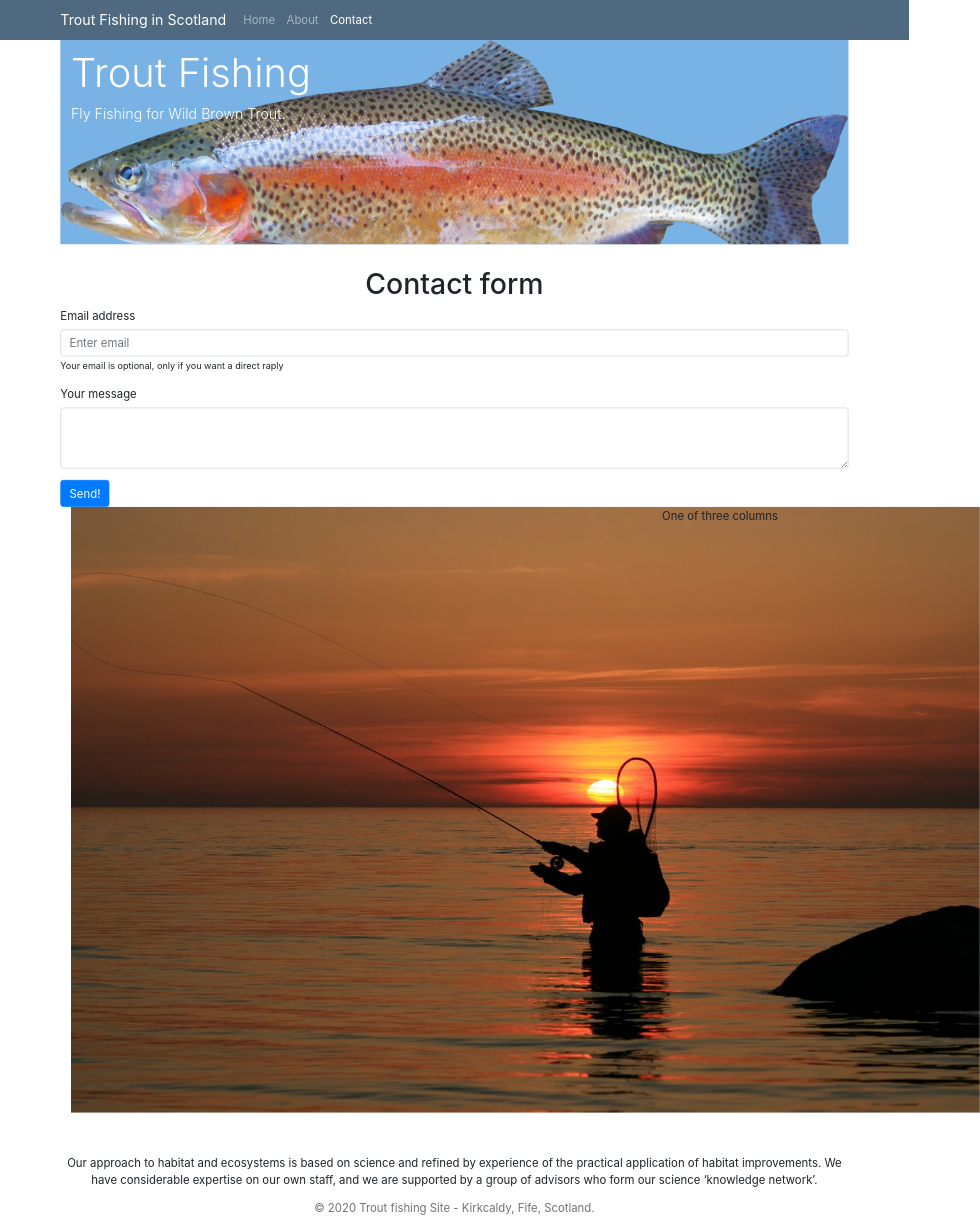
Repository: adrian9211/College_project
Page: contact.html
These files come from the project's save history. The page is drawn as it stood at one moment and after the next save; the edit follows.
The browser window is 1280 px wide. The page is 1380 px wide, then 1280 px, so the pictures cover 1380 px, including what lies to the right of the window. The pictures show the whole page, at 71% of full size.

Above is the page before, as saved 2020-11-04 09:35:37.

After the next save:
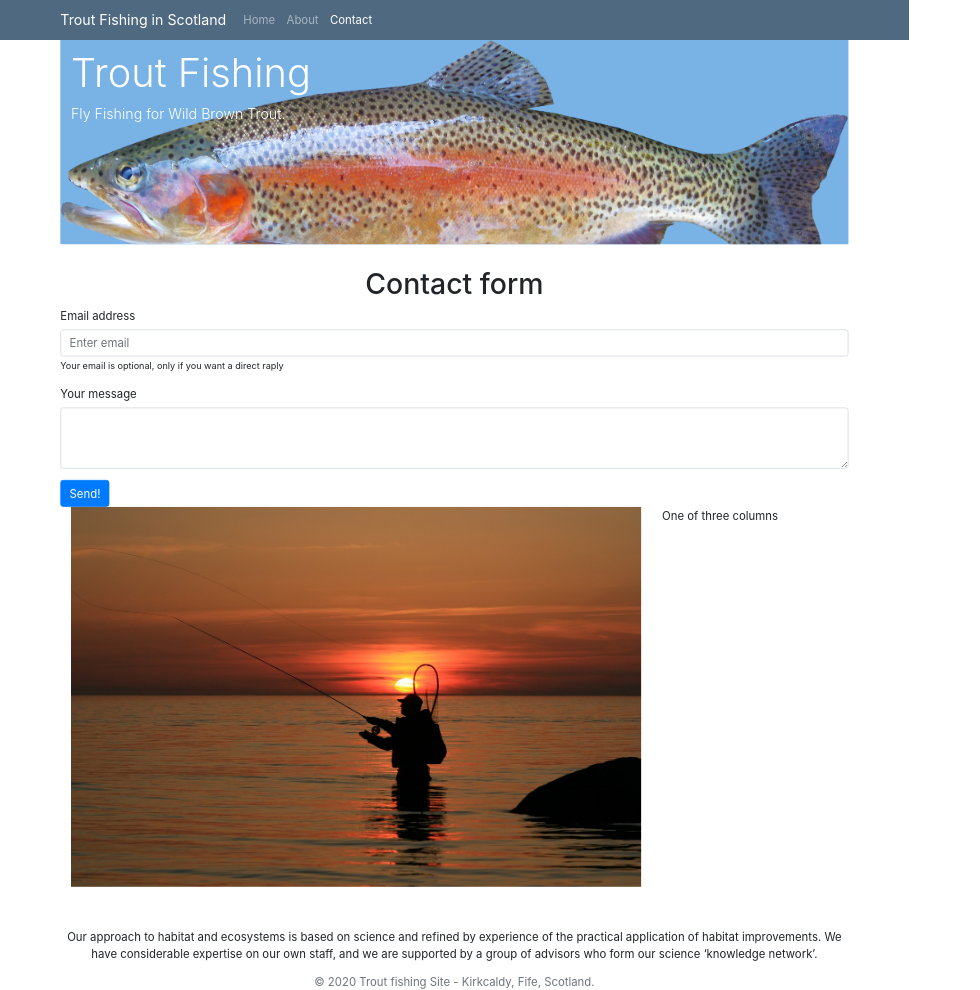
Saved 11 s later.
--- a/contact.html
+++ b/contact.html
@@ -65,7 +65,7 @@
       <div class="container">
         <div class="row">
           <div class="col-sm-9">
-            <img src="img/large/angler-3308264_1280.jpg" alt="fish"  >
+            <img src="img/large/angler-3308264_1280.jpg" alt="fish" class="img-fluid"  >
             <h1 class="lead">
 
             </h1>
